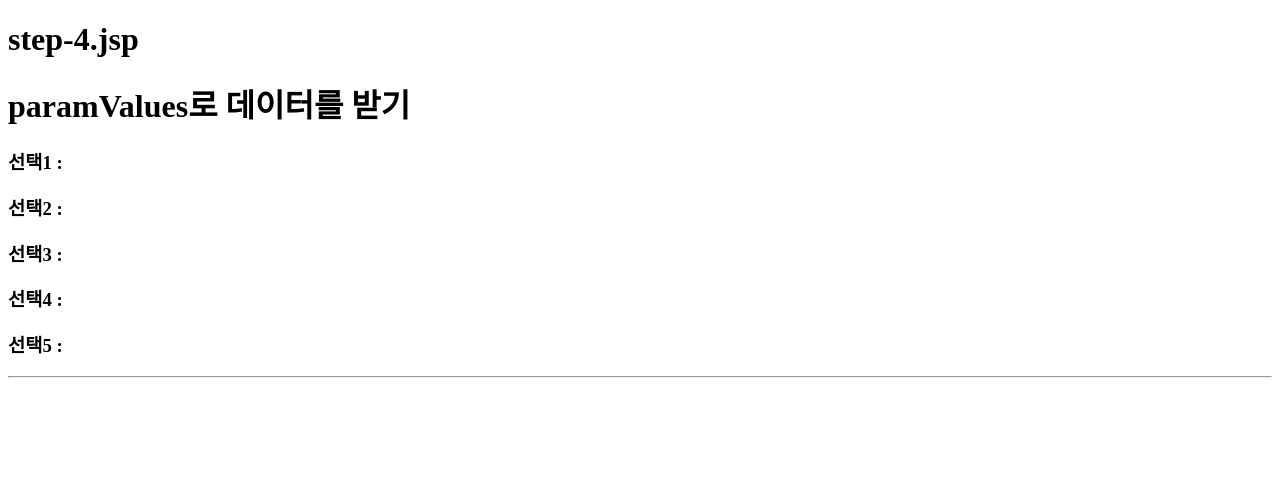
Repository: dtkd19/jsp-jstl_241021
Page: http://localhost/jstl_study/step-4.jsp
The author's editor kept a copy of each file at every save. The page is drawn from the files as they stood at one save, then again after the next save.
The browser window is 1280 px wide. The pictures show the whole page.
The page is served by Tomcat 9.

Above is the page before, as saved 2024-10-21 04:04:49.

After the next save:
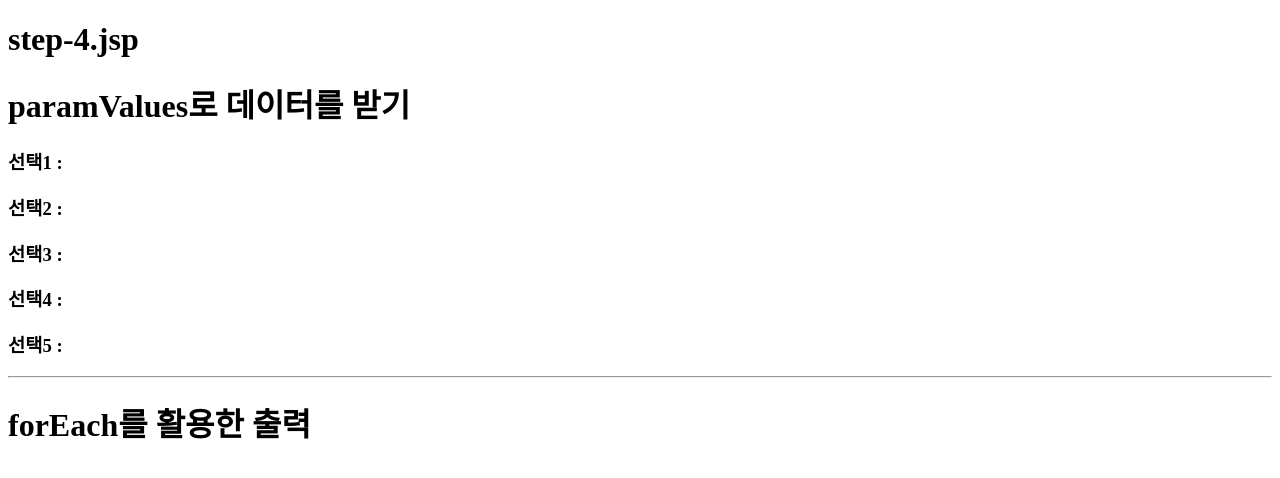
Saved 2 min 16 s later.
--- a/jstl_study/src/main/webapp/step-4.jsp
+++ b/jstl_study/src/main/webapp/step-4.jsp
@@ -1,5 +1,6 @@
 <%@ page language="java" contentType="text/html; charset=UTF-8"
     pageEncoding="UTF-8"%>
+     <%@ taglib uri="http://java.sun.com/jsp/jstl/core"  prefix="c"%>
 <!DOCTYPE html>
 <html>
 <head>
@@ -17,6 +18,11 @@
 	<h3>선택5 : ${paramValues.food[4] }</h3>
 	<hr>
 
+	<!-- c:forEach  -->
+	<h1>forEach를 활용한 출력</h1>
+
+
+
 
 </body>
 </html>
